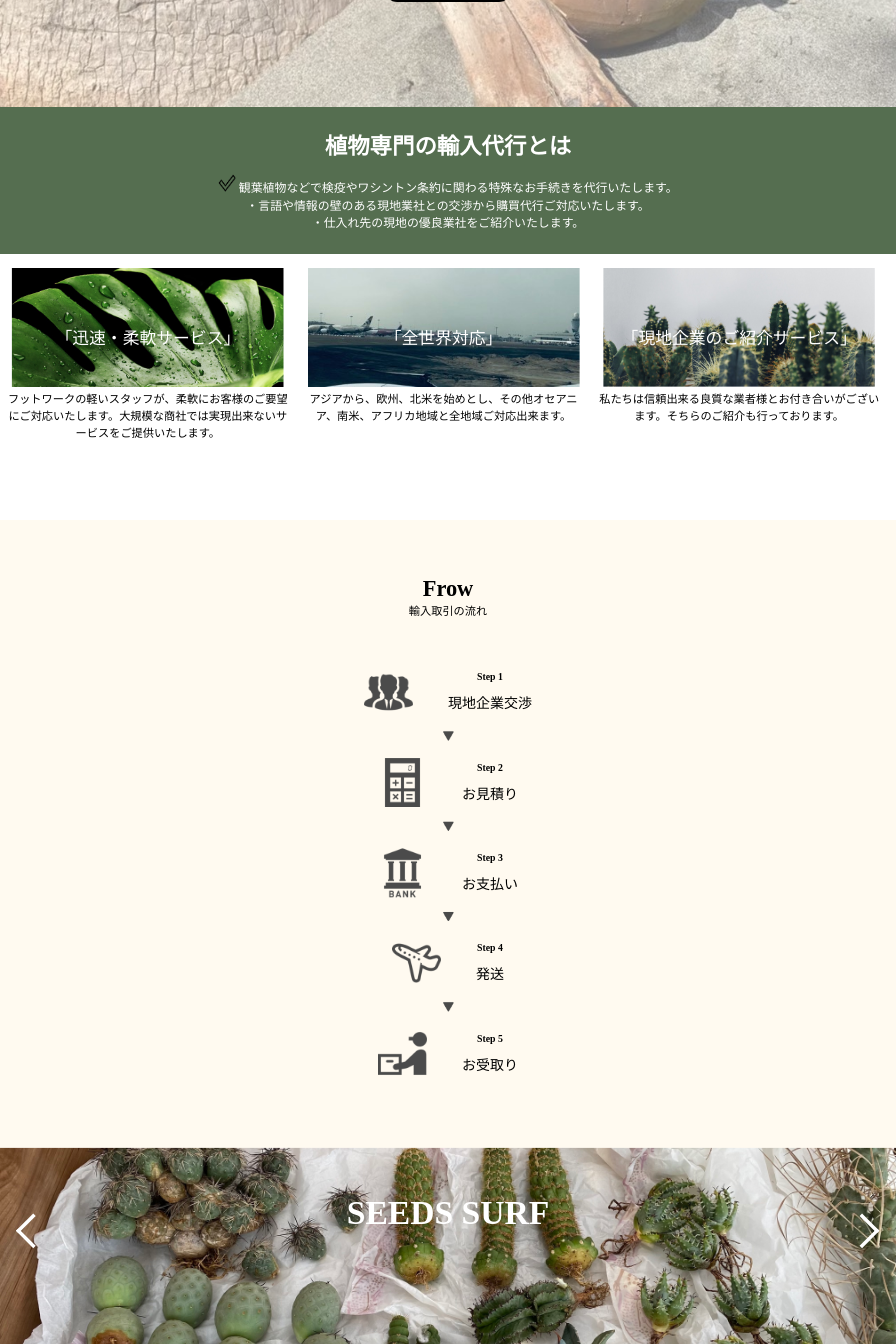
Repository: Seiya00002/seeds-surf-lp
Page: index.html
The author's editor kept a copy of each file at every save. The page is drawn from the files as they stood at one save, then again after the next save.
The browser window is 1280 px wide. The pictures show the part of the page from y = 507 to 2427 px (the page is 4070 px tall before and 4063 px after), at 70% of full size.

Above is the page before, as saved 2023-07-18 08:02:55.

### index.html
<!DOCTYPE html>
<html lang="ja">
<head>
    <meta charset="UTF-8">
    <meta http-equiv="X-UA-Compatible" content="IE=edge">
    <meta name="viewport" content="width=device-width, initial-scale=1.0">
    <title>輸入代行SEEDS SURF</title>
    <link rel="stylesheet" href="css/style.css">
</head>
<body>
    <header>
        <div class="header_left">
            <img src="img/sslogo.jpg"
                alt="logo"
                width="40"
                height="40"
                class="logo">
            <h1>希少植物・輸入代行</h1>

        </div>
        <!-- <div class="header_right">
            <img src="img/tel_logo.png"
                alt="tel_logo"
                width="35"
                height="35"
                class="tel_logo">
            <div class="header_contact">
                <h2>090-3048-2693</h2>
                <p>（平日9:00 ~ 18:00）</p>
            </div>
        </div> -->
    </header>

    <main>
        <div class="top_wrapper">
            <div class="container">
                <div class="hero_message">
                    <div class="calculation-app">
                        <h2>お見積り計算シュミレーション</h2>

                            <p>仕入れ先の地域を選択して下さい。</p>
                            <form name="form1">
                                <select name="place">
                                    <option value="1.2">北米</option>
                                    <option value="1.2">ヨーロッパ</option>
                                    <option value="1">アジア</option>
                                </select>
                            </form>

                            <p>箱のサイズの予想を選択して下さい。</p>
                            <form name="form2">
                                <select name="box">
                                    <option value="18350">15kg</option>
                                    <option value="13350">10kg</option>
                                    <option value="8150">5kg</option>
                                </select>
                            </form>
                            <p>およその商品代金を入力して下さい。</p>
                            <label>￥</label><input
                            type="text"
                            id="price"
                            value=""
                            placeholder="金額を入力して下さい"
                            maxlength="7"
                            size="19"
                            ></label>

                            <br>
                            <br>
                            <div class="btn-box">
                                <button id="button">計算Go!!</button>
                            </div>
                    </div>
                </div>
            </div>
        </div>


        <!-- 見積り表 -->
    <div id="estimate_table" class="estimate_wrapper">
        <div class="container">
            <h3>予想お見積り表</h3>
            <table align="center" class="estimate">
                <tr>
                    <th>商品代金</th>
                    <td>¥<span id="span2"></span></td>
                </tr>
                <tr>
                    <th>検疫手数料</th>
                    <td>¥<span id="span3"></span></td>
                </tr>
                <tr>
                    <th>送料</th>
                    <td>¥<span id="span4"></span></td>
                </tr>
                <tr>
                    <th>弊社代行手数料</th>
                    <td>¥<span id="span5"></span></td>
                </tr>
                <tr>
                    <th>海外送金手数料</th>
                    <td>¥<span id="span6"></span></td>
                </tr>
                <tr>
                    <th>税金</th>
                    <td>¥<span id="span7"></span></td>
                </tr>
                <tr>
                  <th class="total">合計</th>
                  <th class="total">¥<span id="span1"></span></th>
              </tr>
            </table>
            <h4>詳しくは下記の「Cost」欄をご覧下さい。</h4>
        </div>
    </div>






        <div class="top_message">
            <div class="container">
                <div class="message">
                    <h1>植物専門の輸入代行とは</h1>
                    <p><img class="check" src="./img/check_icon.png"> 観葉植物などで検疫やワシントン条約に関わる特殊なお手続きを代行いたします。<br>・言語や情報の壁のある現地業社との交渉から購買代行ご対応いたします。<br>・仕入れ先の現地の優良業社をご紹介いたします。</p>

                </div>
            </div>
        </div>
        <div class="project_wrapper">
            <div class="container">
                <div class="projects">
                    <div class="project">
                        <div class="project_icon">
                            <img src="img/project_imag1.jpg">
                            <h2>「迅速・柔軟サービス」</h2>
                        </div>
                        <p class="text_contents">フットワークの軽いスタッフが、柔軟にお客様のご要望にご対応いたします。大規模な商社では実現出来ないサービスをご提供いたします。</p>

                    </div>
                    <div class="project">
                        <div class="project_icon">
                            <img src="img/pro_airport.jpg">
                            <h2>「全世界対応」</h2>
                        </div>
                        <p class="text_contents">アジアから、欧州、北米を始めとし、その他オセアニア、南米、アフリカ地域と全地域ご対応出来ます。</p>

                    </div>
                    <div class="project">
                        <div class="project_icon">
                            <img src="img/project_img3.jpg">
                            <h2>「現地企業のご紹介サービス」</h2>
                        </div>
                        <p class="text_contents">私たちは信頼出来る良質な業者様とお付き合いがございます。そちらのご紹介も行っております。</p>
                    </div>
                        <div class="clear"></div>

                </div>
            </div>
        </div>
        <div class="service_wrapper">
            <div class="container">
                <div class="service_heading">
                    <h1>Frow</h1>
                    <p>輸入取引の流れ</p>
                </div>
                <div class="step">
                    <img src="img/person_img.png"
                    class="step_icon">
                    <div class="step_cont">
                        <h2>Step 1</h2>
                        <p>現地企業交渉</p>
                    </div>
                </div>
                <img src="img/down_img.png" class="step_icon2">

                <div class="step">
                    <img src="img/cal_img.png"
                    class="step_icon">
                    <div class="step_cont">
                        <h2>Step 2</h2>
                        <p>お見積り</p>
                    </div>
                </div>
                <img src="img/down_img.png" class="step_icon2">

                <div class="step">
                    <img src="img/bank_img.png"
                    class="step_icon">
                    <div class="step_cont">
                        <h2>Step 3</h2>
                        <p>お支払い</p>
                    </div>
                </div>
                <img src="img/down_img.png" class="step_icon2">
                <div class="step">
                    <img src="img/airp_imag.png"
                    class="step_icon">
                    <div class="step_cont">
                        <h2>Step 4</h2>
                        <p>発送</p>
                    </div>
                </div>
                <img src="img/down_img.png" class="step_icon2">
                <div class="step">
                    <img src="img/drivery_img.png"
                    class="step_icon">
                    <div class="step_cont">
                        <h2>Step 5</h2>
                        <p>お受取り</p>
                    </div>
                </div>
            </div>
        </div>

        <div class="slide_wrapper">
            <div id="slide" class="slideshow">
                <p class="disc">SEEDS SURF</p>
                <a class="arrow next" id="right" href="#"></a>
                <a class="arrow back" id="left" href="#"></a>
            </div>




        </div>
        <div class="cost_wrapper">
            <div class="container">
                <div class="cost_heading">
                    <h1>Cost</h1>
                    <p>料金について</p>
                </div>
                <div class="cost_cont">
                    <div class="list01">
                        <p>商品代金</p>
                    </div>
                    <div class="list01">
                        <p>検疫手数料</p>
                    </div>
                    <div class="list01">
                        <p>輸送費用</p>
                    </div>
                    <div class="list02">
                        <p>税金</p>
                    </div>
                    <div class="list02">
                        <p>振込手数料</p>
                    </div>
                    <div class="list02">
                        <p>輸入代行手数料</p>
                    </div>
                    <!-- <div class="clear"></div> -->
                </div>
                <div class="cost_message">
                    <h1>総額を確認してから、ご依頼をお決めいただけます。</h1>
                    <p>SEEDS SURFでの過去の取引よりお見積り例をご案内できますので、まずはお気軽にご相談下さい。</p>
                </div>
            </div>
        </div>
        <div class="contact_wrapper">
            <div class="container">
                <h1>ご不明な点はありますか？</h1>
                <p>些細なことでも構いません。まずはお問い合わせください。</p>
                <a href="https://seeds-surf.com/%e3%81%8a%e5%95%8f%e3%81%84%e5%90%88%e3%82%8f%e3%81%9b/" class="btn contact">お問い合わせはこちら</a>
                <!-- <h2>TEL : 090-3048-2693</h2> -->
                <!-- <p>メールフォームよりお問い合わせ下さい。<br>営業時間：平日10：00〜19：00</p> -->
            </div>
        </div>
        <div class="company_wrapper">
            <div class="container">
                <h1>Company</h1>
                <p>会社概要</p>
                <table align="center" class="company">
                    <tr>
                        <th>会社名</th>
                        <td>SEEDS SURF（シーズサーフ）</td>
                    </tr>
                    <tr>
                        <th>所在地</th>
                        <td>〒156-0055 東京都世田谷区船橋2-5-7-211</td>
                    </tr>
                    <tr>
                        <th>電話番号</th>
                        <td>090-3048-2693</td>
                    </tr>
                    <tr>
                        <th>代表者</th>
                        <td>松本　聖矢</td>
                    </tr>
                    <tr>
                        <th>設立</th>
                        <td>2019年3月</td>
                    </tr>
                </table>
            </div>
        </div>


    </main>

    <footer>
        <div class="container">
                <img src="img/sslogo.jpg"
                    alt="logo"
                    width="40"
                    height="40"
                    class="logo">
                <h1>SEEDS SURF</h1>
                <p>〒156-0055 東京都世田谷区船橋2-5-7-211</p>
                <hr color="gray">
                <small>(c) SEEDS SURF All right reserved</small>
        </div>
    </footer>

    <script src="./app.js"></script>
</body>
</html>

### css/style.css
/* all */
*{
    box-sizing: border-box;
    margin: 0;
    padding: 0;
}

h1 {
    font-family: 'Times New Roman', Times, serif;

}

h2 ,h3 ,p {
    font-family: 'Hiragino Sans';

}
/* header */

header {
    height: 70px;
    display: flex;
    align-items: center;
    position: absolute;
}

.header_left {
    display: flex;
}

.header_right {
    display: flex;
    margin: 0 0 0 auto;
}

.logo {
    margin: 10px 10px;
}

.tel_logo {
    margin: 20px 10px;
}

header h1 {
    font-size: 19px;
    padding: 18px 10px;
}

header h2 {
    font-size: 21px;
    padding: 15px 10px 0 0;
}

header p {
    padding-bottom: 10px;
}
.container {
    text-align: center;
    width: 100%;
}

/* main */

/* top */
.top_wrapper {
    background-image: url(../img/cream-spike.jpg);
    color: white;
    background-size: cover;
    width: 100%;
    height: auto;
}

.hero_message {
    font-size: 15px;
    color: black;
    height: 660px;
    min-width:100%;
    font-weight: bold;
    display: flex;
    justify-content: center;
    align-items: center;
    line-height: 2.5em;
    background: rgb(255, 255, 255,0.4);
}
.hero_message h2 {
    padding-bottom: 30px;
}

.top_message {
    background-color: rgb(85, 110, 80);
    color: white;
    padding: 30px 0;
}

.top_message p {
    padding-top: 20px;
    font-size: 17px;
    line-height: 1.6rem;
}

.check {
    width: 25px;
    height: 25px;
}

/* project_wrapper */
.project_wrapper {
    margin-bottom: 80px;
}

.project {
    float: left;
    width: 33%;
    padding: 20px 10px 20px 10px;
    height: 300px;

}

.project_icon {
    position: relative;

}

.project_icon h2 {
    position: absolute;
    top: 80px;
    width: 100%;
    color: white;
    font-weight: normal;

}


@media (max-width: 1000px) {
    .project {
        width: 50%;
    }
}

@media (max-width: 670px) {
    .project {
        width: 100%;
    }
}

.clear {
    clear: left;
}

/* service_wrapper */
.service_wrapper {
    background-color: #fffaf0;
    padding: 80px 0;
}

.service_heading {
padding-bottom: 50px;
}

.step {
    display: flex;
    justify-content: center;
    align-items: center;
    padding: 20px 0;

}

.step_cont {
    padding-left: 50px;
}

.step_icon {
    width: 70px;
    height: 70px;

}

.step_icon2 {
    width: 15px;
    height: 15px;

}

.step h2 {
    font-size: 14px;
}

.step p {
    font-size: 20px;
    padding-top: 13px;
}

/* cost_wrapper */
.cost_wrapper {
    padding: 80px 0;
}

.cost_cont {
    padding-top: 50px;
    width: 650px;
    margin: 0 auto;
    flex-wrap: wrap;
    display: flex;

}


.list01 {
    background-color: black;
    width: 180px;
    height: 50px;
    color: white;
    margin: 20px 15px;
    justify-content: center;
    padding-top: 12px;

}

.list02 {
    background-color: black;
    width: 180px;
    height: 50px;
    color: white;
    margin: 20px 15px;
    justify-content: center;
    padding-top: 12px;


}

@media (max-width: 670px) {
    .cost_cont h2 {
        width: 50%;
    }
}

/* contact_wrapper */
.contact_wrapper {
    background-image: url(../img/sky&office_img.jpeg);
    padding: 80px 0;
    background-size: cover;
    text-shadow: 6px 6px 10px white, -6px -6px 10px white;
    font-weight: 530;
}


.contact_wrapper p {
    padding:8px 0 35px 0;
}

.btn {
    width: 180px;
    height: 35px;
    padding: 13px;
    font-size: 14px;
    color: black;
    background-color:#fff176;
    border: black solid;
    border-radius: 24px;
    user-select: none;
    cursor: pointer;
    text-decoration: none;
}

.btn:hover {
    opacity: .7;
}

.contact_wrapper h2 {
    padding-top: 35px;
}

/* company_wrapper */
.company_wrapper {
    padding: 80px 0;
    background-color: #fffaf0;

}

.company_wrapper p {
    padding-bottom: 20px;
}

table.company {
    border-collapse: collapse;
    width: 600px;
    background-color: white;
    margin: auto;
}

th, td {
    border: solid 1px #333;
    padding: 20px;
}

.company th,td {
    text-align: left;
}


/* footer */

footer {
    background-color: rgb(85, 110, 80);
    color: black;
    padding-bottom: 10px;

}

footer h1 {
    font-size: 17px;
}

footer p {
    font-size: 12px;
    padding-bottom: 10px;
}
small {
    font-size: 7px;

}


/* slideshow 追加 */
.slide_wrapper{
    max-width: 100%;
    height: 400px;
    margin: auto;

}
/*画像配置*/
.slideshow{
    max-width: 100%;
    height: 100%;
    background-image: url(../img/import-img1.jpg);
    background-repeat: no-repeat;
    background-size: cover;
    background-position: 0% 50%;/*左 中央のよせ*/
}
/*文字*/
.disc{
    margin: auto;
    text-align: center;
    font-size: 3em;
    color: #ffffff;
    font-weight: 800;
    padding-top:5%;
}
/*>*/
.next{
    float: right;
    top: 0px;
    right: 50px;
}
/*<*/
.back{
    float: left;
    bottom: 0px;
    left: 30px;
}
/*矢印のデザイン*/
.arrow{
    position: relative;
    display: inline-block;
    padding: 0 0 0 16px;
    color: #000;
    vertical-align: middle;
    text-decoration: none;
    font-size: 15px;
}
.arrow::before,
.arrow::after{
    position: absolute;
    top: 0;
    bottom: 0;
    left: 0;
    margin: auto;
    content: "";
    vertical-align: middle;
}

.next::before{
    left: 0px;
    width: 30px;
    height: 30px;
    border-top: 5px solid rgb(255, 255, 255);
    border-right: 5px solid rgb(255, 255, 255);
    -webkit-transform: rotate(45deg);
    transform: rotate(45deg);
}
.back::before{
    left: 0px;
    width: 30px;
    height: 30px;
    border-bottom: 5px solid rgb(255, 255, 255);
    border-left: 5px solid rgb(255, 255, 255);
    -webkit-transform: rotate(45deg);
    transform: rotate(45deg);
}
/* CSSアニメーションの指定 */
.slideshow{
    transition: background-image 1s ease-in;
}

/* 計算シュミレーション追加 */
.btn-box button {
    width: 180px;
    height: 35px;
    padding: 6px;
    font-size: 14px;
    color: black;
    background-color:#fff176;
    border: black solid;
    border-radius: 24px;
    user-select: none;
    cursor: pointer;
  }

  .btn-box button:hover {
    opacity: .7;
  }


/* 見積り表追加 */
.estimate_wrapper {
    display: none;
    background-color: #fffaf0;
    padding: 40px 0;
}
.estimate_wrapper h3 {
    padding-bottom: 20px;
}
.estimate_wrapper h4 {
    padding-top: 20px;
}

table.estimate {
    border-collapse: collapse;
    width: 450px;
    background-color: white;
    margin: auto;
}

.estimate th{
    padding: 15px 20px;
    text-align: center;
}

.estimate td{
    text-align: center;
}

th.total {
    background: rgb(224, 224, 224);
}

.estimate_wrapper.appear {
    display: block;
    animation: .5s fadeIn;
  }

  @keyframes fadeIn {
    0% {
      opacity: 0;
      transform: translateY(-10px);
    }
    100% {
      opacity: 1;
      transform: none;
    }
  }




@media screen and (max-width:768px) {
  .slide-pic{
    height: 250px;
  }
    .disc{
        padding-top:5%;
    }
    /*>*/
    .next{
        top: 30px;
    }
    /*<*/
    .back{
        top: 30px;
    }
}

### app.js
window.onload =
function (){

    let images = [
        'url(./img/import-img1.jpg)',
        'url(./img/import-img2.jpg)',
        'url(./img/import-img3.jpg)'
    ]

    let target = document.querySelector('#slide');
    let right = document.querySelector('#right');
    let left = document.querySelector('#left');

    // 画像カウンター表示
    let count = 0;

    function change(){
        target.style.backgroundImage = images[count];
        if( count == 2){
            count = 0;
        } else {
            count++;
        }
    }

    function goNext(event) {
        event.preventDefault();
        change();
    }

    function goBack(event) {
        event.preventDefault();
        if( count == 0){
            count = 2;
        } else {
            count--;
        } change();
    }

    right.addEventListener( 'click', goNext, false);
    left.addEventListener( 'click', goBack, false);


setInterval(change, 3000);

};

// 計算シュミレーションapp

let button = document.getElementById("button");
button.onclick = clickBtn1;

function clickBtn1(){

    const place = document.form1.place;
    const box = document.form2.box;
    const price = document.getElementById('price');

    // 値(数値)を取得
    const num = place.selectedIndex;
    const boxnum = box.selectedIndex;

    // 値(数値)から値(value値)を取得
    let region = place.options[num].value;
    let boxPrice = box.options[boxnum].value;
    let plantsPriceString = price.value;

    let plantsPrice = parseInt(plantsPriceString, 10); // plantsPriceStringを数値に変換
    let boxPriceValue = parseInt(boxPrice, 10); // plantsPriceStringを数値に変換

    const phyto = 10000;
    let argent = plantsPrice * 0.2;
    let sendingMoneyNum = (plantsPrice + boxPriceValue) * 0.0073;
    let sendingMoney = Math.round(sendingMoneyNum);
    let tax = plantsPrice * 0.07;

    let taxValue = parseInt(tax, 10);
    let sendingMoneyNumValue = parseInt(sendingMoney, 10);

    let estimateNum = ( region * boxPrice) + (plantsPrice *0.2) + phyto + plantsPrice + sendingMoneyNumValue + taxValue;
    let plantsValue = plantsPrice.toLocaleString();
    let phytoFee = phyto.toLocaleString();
    let boxFee = boxPriceValue.toLocaleString();
    let argentFee = argent.toLocaleString();
    let sendingMoneyFee = sendingMoney.toLocaleString();
    let taxFee = tax.toLocaleString();
    let estimate = estimateNum.toLocaleString();

    document.getElementById("span1").textContent = estimate;
    document.getElementById("span2").textContent = plantsValue;
    document.getElementById("span3").textContent = phytoFee;
    document.getElementById("span4").textContent = boxFee;
    document.getElementById("span5").textContent = argentFee;
    document.getElementById("span6").textContent = sendingMoneyFee;
    document.getElementById("span7").textContent = taxFee;

  }

// 見積り表示切り替え

const btn = document.getElementById('button')
btn.addEventListener('click', () => {
    const estimate_table = document.getElementById('estimate_table');
    const priceForm = document.getElementById('price');

    if(priceForm.value ===''){
        window.alert('金額を入力して下さい。');
    } else {

    estimate_table.classList.toggle('appear');

    }

    if (btn.textContent == "計算Go!!") {
      btn.textContent = "閉じる";
    } else {
      btn.textContent = "計算Go!!";
    }
  });

After the next save:
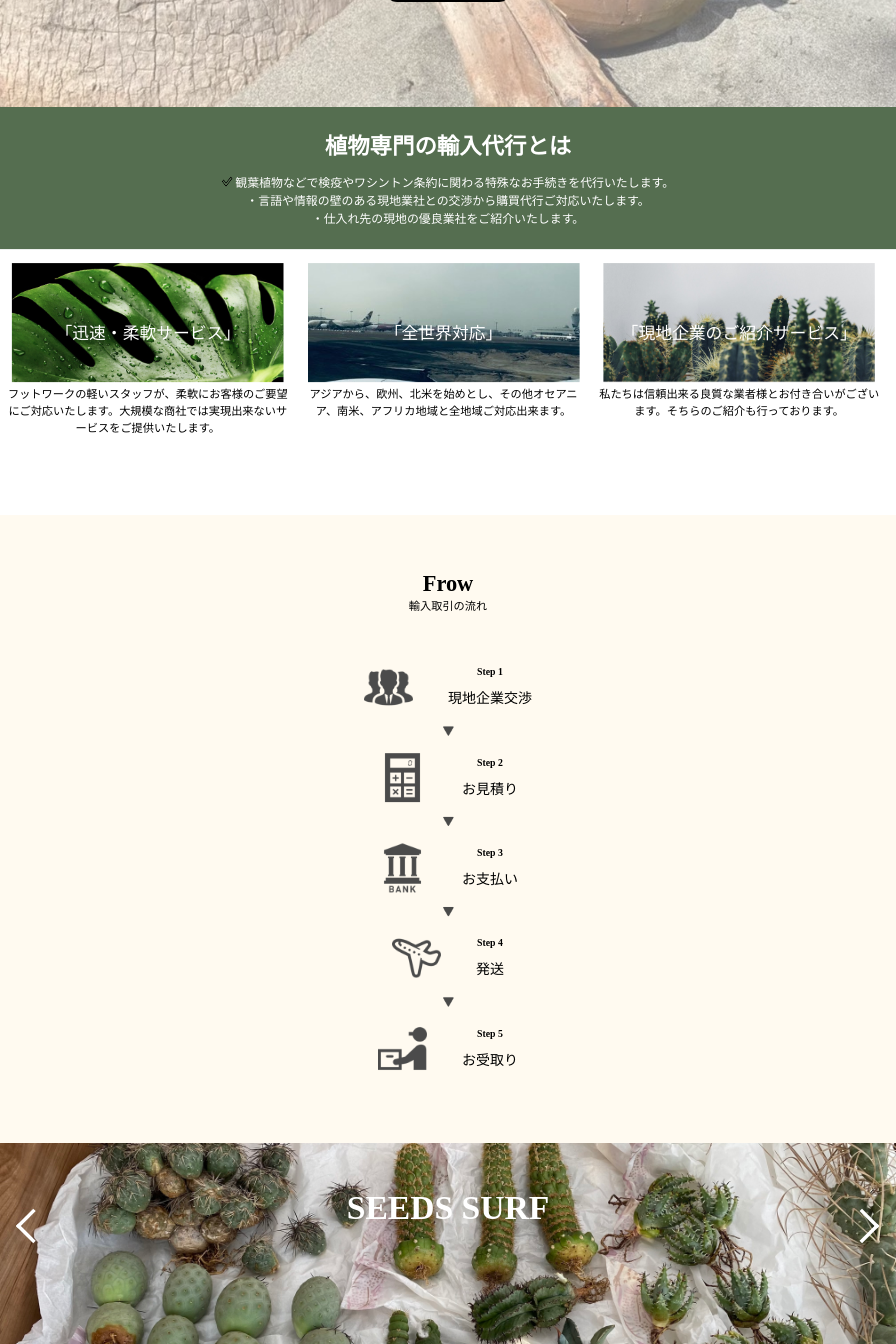
Saved 92 s later.
--- a/css/style.css
+++ b/css/style.css
@@ -98,8 +98,8 @@ header p {
 }
 
 .check {
-    width: 25px;
-    height: 25px;
+    width: 15px;
+    height: 15px;
 }
 
 /* project_wrapper */
